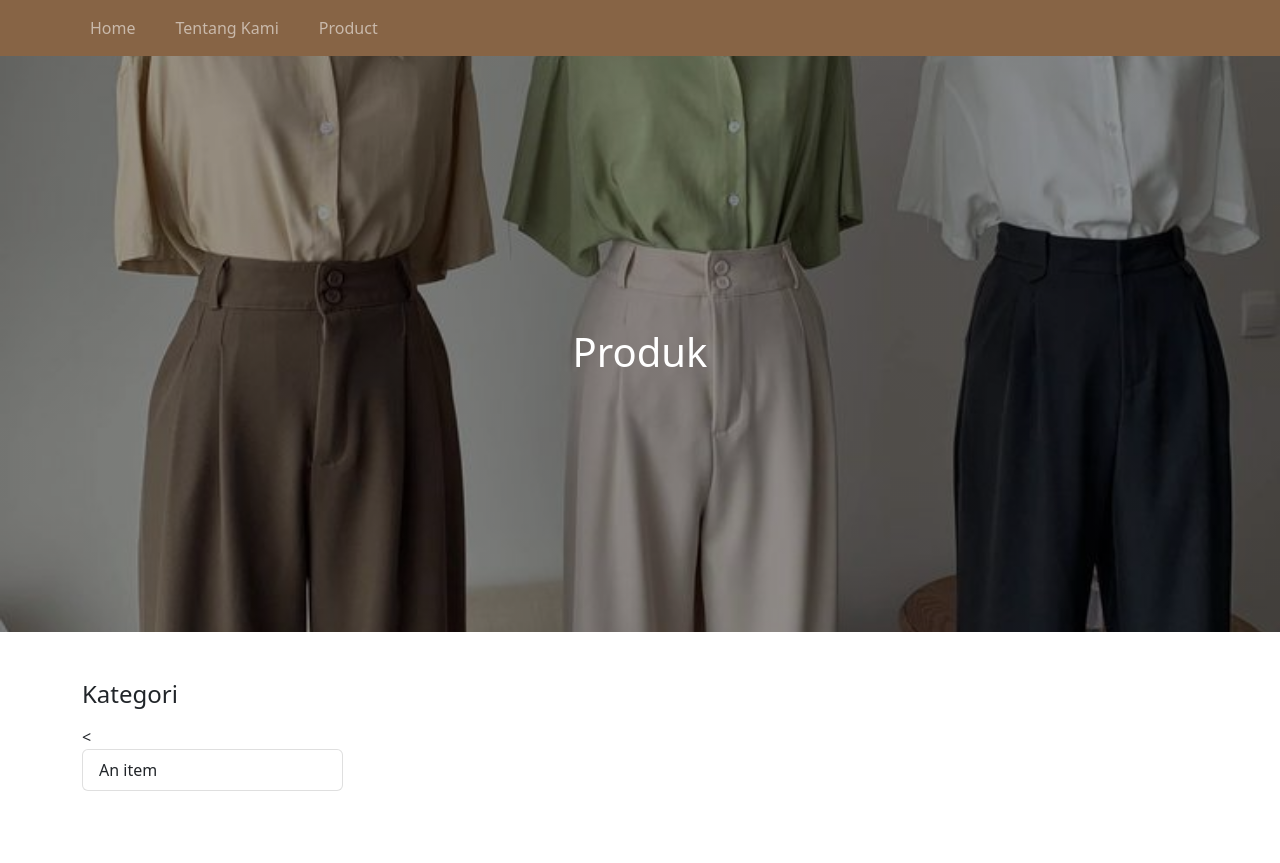
Repository: herman165/tugas_uas
Page: http://localhost/produk.php
The author's editor kept a copy of each file at every save. The page is drawn from the files as they stood at one save, then again after the next save.
The browser window is 1280 px wide. The pictures show the whole page.
The page is run by PHP 8.4 with error messages shown; the project is at /var/www/html/. Queries for data that is not in the repository find no rows.

Above is the page before, as saved 2024-12-11 03:24:41.

### produk.php
<?php
    require "koneksi.php";

    $queryKategori = mysqli_query($con, "SELECT * FROM kategori");
?>


<!DOCTYPE html>
<html lang="en">
<head>
    <meta charset="UTF-8">
    <meta name="viewport" content="width=device-width, initial-scale=1.0">
    <title>Produk-Page</title>
    <link rel="stylesheet" href="bootstrap/css/bootstrap.min.css">
    <link rel="stylesheet" href="fontawesome/css/all.min.css">
    <link rel="stylesheet" href="css/style.css">
</head>
<body>
    <!-- navbar -->
    <?php require "navbar.php" ?>

    <!-- benner -->
     <div class="container-fluid banner d-flex align-items-center">
        <div class="container">
            <h1 class="mt-4 text-white text-center">Produk</h1>
        </div>
     </div>

    <!-- layout produk -->
        <div class="container py-5">
            <div class="row">
                <div class="col-md-3 mb-4">
                    <h4 class="mb-3">Kategori</h4>
                    <ul class="list-group">
                        <
                        <li class="list-group-item">An item</li>
                    </ul>
                </div>
                <div class="col-md-6"></div>
            </div>
        </div>


    <script src="bootstrap/js/bootstrap.bundle.min.js"></script>
    <script src="fontawesome/js/all.min.js"></script>
</body>
</html>

### koneksi.php
<?php
// connect  to  database
$con = mysqli_connect("localhost", "root", "", "toko_online");

// Cek connect
if (mysqli_connect_errno()) {
    echo "Failed to connect to MySQL: " . mysqli_connect_error();
    exit();
}
?>

### navbar.php
<!DOCTYPE html>
<html lang="en">
<head>
    <meta charset="UTF-8">
    <meta name="viewport" content="width=device-width, initial-scale=1.0">
    <title>Responsive Navbar</title>
     <link rel="stylesheet" href="bootstrap/css/bootstrap.min.css">

<style>

        /* Khusus tampilan HP */
        @media (max-width: 480px) {
            .navbar {
                background: linear-gradient(to right, #6a11cb, #2575fc); /* Gradient ungu ke biru */
                box-shadow: 0 4px 6px rgba(0, 0, 0, 0.3); /* Bayangan */
                border-radius: 5px; /* Membuat sudut melengkung */
            }

            .navbar-dark .nav-link {
                color: #ffffff;
                background-color: rgba(255, 255, 255, 0.2); /* Transparan putih */
                margin: 5px;
                padding: 10px;
                border-radius: 5px; /* Melengkung */
                text-align: center;
                transition: background-color 0.3s ease, color 0.3s ease;
            }

            .navbar-dark .nav-link:hover {
                background-color: rgba(255, 255, 255, 0.4); /* Lebih terang saat hover */
                color: #ffcc00; /* Warna kuning keemasan */
            }

            /* Tombol toggler */
            .navbar-dark .navbar-toggler {
                border: none;
                background-color: #ffffff; /* Putih */
                padding: 5px;
                border-radius: 3px; /* Melengkung */
            }

            .navbar-dark .navbar-toggler-icon {
                background-color: #6a11cb; /* Ungu */
                border-radius: 2px;
                width: 25px;
                height: 3px;
            }
        }

</style>

</head>
<body>
    <nav class="navbar navbar-expand-lg navbar-dark warna1">
        <div class="container">
            <button class="navbar-toggler" type="button" data-bs-toggle="collapse" data-bs-target="#navbarSupportedContent" aria-controls="navbarSupportedContent" aria-expanded="false" aria-label="Toggle navigation">
                <span class="navbar-toggler-icon"></span>
            </button>
            <div class="collapse navbar-collapse" id="navbarSupportedContent">
                <ul class="navbar-nav me-auto mb-2 mb-lg-0">
                    <li class="nav-item me-4 ">
                        <a class="nav-link " href="index.php">Home</a>
                    </li>
                    <li class="nav-item me-4 ">
                        <a class="nav-link" href="tentang-kami.php">Tentang Kami</a>
                    </li>
                    <li class="nav-item me-4 ">
                        <a class="nav-link" href="produk.php">Product</a>
                    </li>
                </ul>
            </div>
        </div>
    </nav>

    <script src="bootstrap/js/bootstrap.bundle.min.js"></script>
</body>
</html>

### css/style.css
.warna1 {
    background-color: #876445;
}
.warna2 {
    background-color: #CA965C;
}
.warna3 {
    background-color: #EEC373;
}
.warna4 {
    background-color: #F4DFBA;
}
.banner {
    height: 80vh; /* Mengisi seluruh tinggi layar */
    background: linear-gradient(rgba(0, 0, 0, 0.4), rgba(0, 0, 0, 0.4)), url('../image/benner\ new.jpg');
    background-size: cover; /* Memastikan gambar menutupi seluruh elemen */
    background-position: center; /* Memusatkan gambar */
    background-repeat: no-repeat; /* Mencegah gambar diulang */
}



@media (max-width: 768px) {
    .banner {
        height: 30vh;
    }
}
.highlighted-kategori{
    height: 250px;

}
.no-decoration{
    text-decoration: none;
    color:white;
}
.no-decoration:hover {
    color: #EEC373;
}

.kategori-baju-pria {
  background: linear-gradient(rgba(0, 0, 0, 0.4), rgba(0, 0, 0, 0.4)), url('../image/baju\ pria.jpg');
  background-size: cover;
  background-position: center;
  background-repeat: no-repeat;
}
.kategori-baju-wanita {
  background: linear-gradient(rgba(0, 0, 0, 0.4), rgba(0, 0, 0, 0.4)), url('../image/baju\ wanita.jpg');
  background-size: cover;
  background-position: center;
  background-repeat: no-repeat;

}
.kategori-sepatu-pria {
  background: linear-gradient(rgba(0, 0, 0, 0.4), rgba(0, 0, 0, 0.4)), url('../image/Vans\ Old\ Skool\ Sneakers\ in\ Black_White\ _\ VN000D3HY28\ -\ Men\ 13_Wmn\ 14_5\ _\ Black.jpg');
  background-size: cover;
  background-position: center;
  background-repeat: no-repeat;
}
.kategori-jam-pria {
  background: linear-gradient(rgba(0, 0, 0, 0.4), rgba(0, 0, 0, 0.4)), url('../image/Kegllect\ Men\ Life\ Waterproof\ Quartz\ Watch\ Mens\ Large\ Dial\ Sport\ Wristwatch\ Jam\ Tangan\ Lelaki.jpg');
  background-size: cover;
  background-position: center;
  background-repeat: no-repeat;
}
.text-harga{
    font-size: 20px;
    color:#CA965C;
}
.image-box {
    height: 200px;
}
.image-box img{
    height: 100%;
    width: 100%;
    object-fit: cover;
    object-position: center;
}
.subscribe-content {
    background-color: rgba(0, 0, 0, 0.7);
}
.subscribe-content a {
    color: #fff
}
.bounce-icon {
    font-size: 50px;
    color: #fff;
    animation: wave 2s infinite;
}
@keyframes wave {
    0% {
        transform: translateX(0) translateY(0);
    }
    40% {
        transform: translateX(10px) translateY(-10px);
    }
    50% {
        transform: translateX(-10px) translateY(10px);
    }
    60% {
        transform: translateX(10px) translateY(10px);
    }
    80% {
        transform: translateX(-10px) translateY(-10px);
    }
    100% {
        transform: translateX(0) translateY(0);
    }
}

Loaded but not shown: bootstrap/css/bootstrap.min.css (library); fontawesome/css/all.min.css (library); bootstrap/js/bootstrap.bundle.min.js (library)

After the next save:
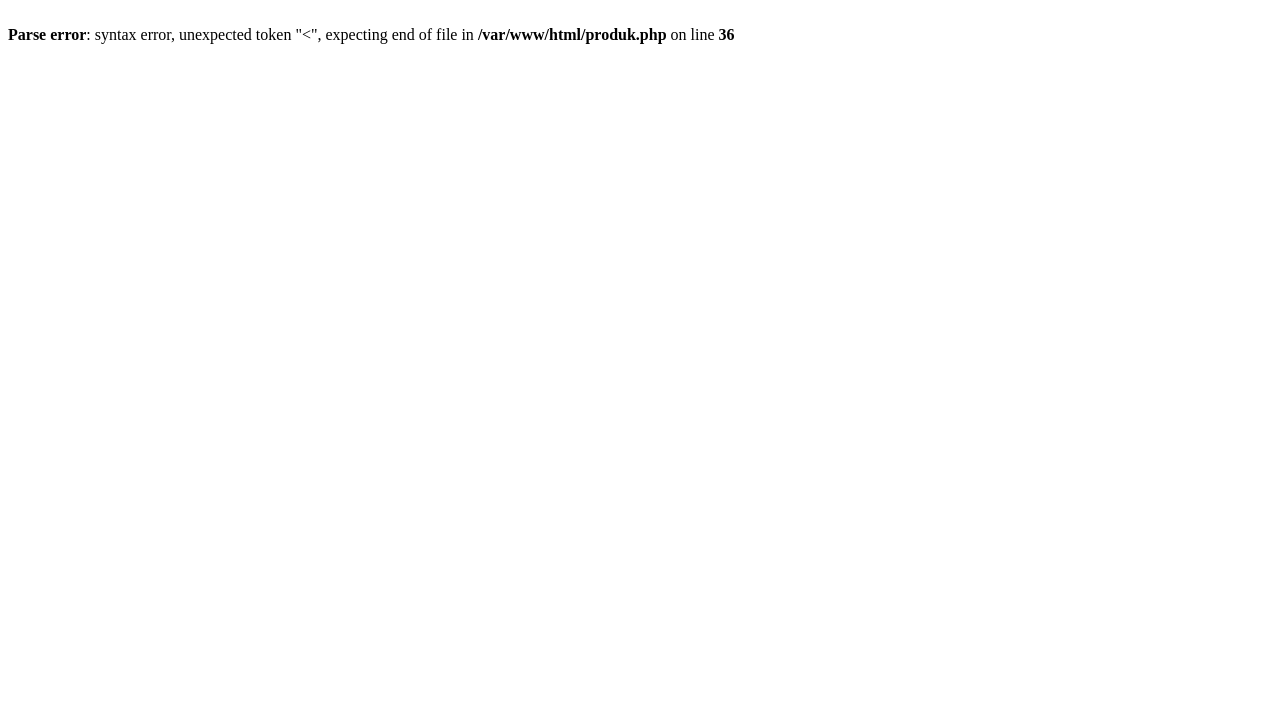
Saved 6 s later.
--- a/produk.php
+++ b/produk.php
@@ -32,7 +32,7 @@
                 <div class="col-md-3 mb-4">
                     <h4 class="mb-3">Kategori</h4>
                     <ul class="list-group">
-                        <
+                        <?php
                         <li class="list-group-item">An item</li>
                     </ul>
                 </div>

After the save that followed:
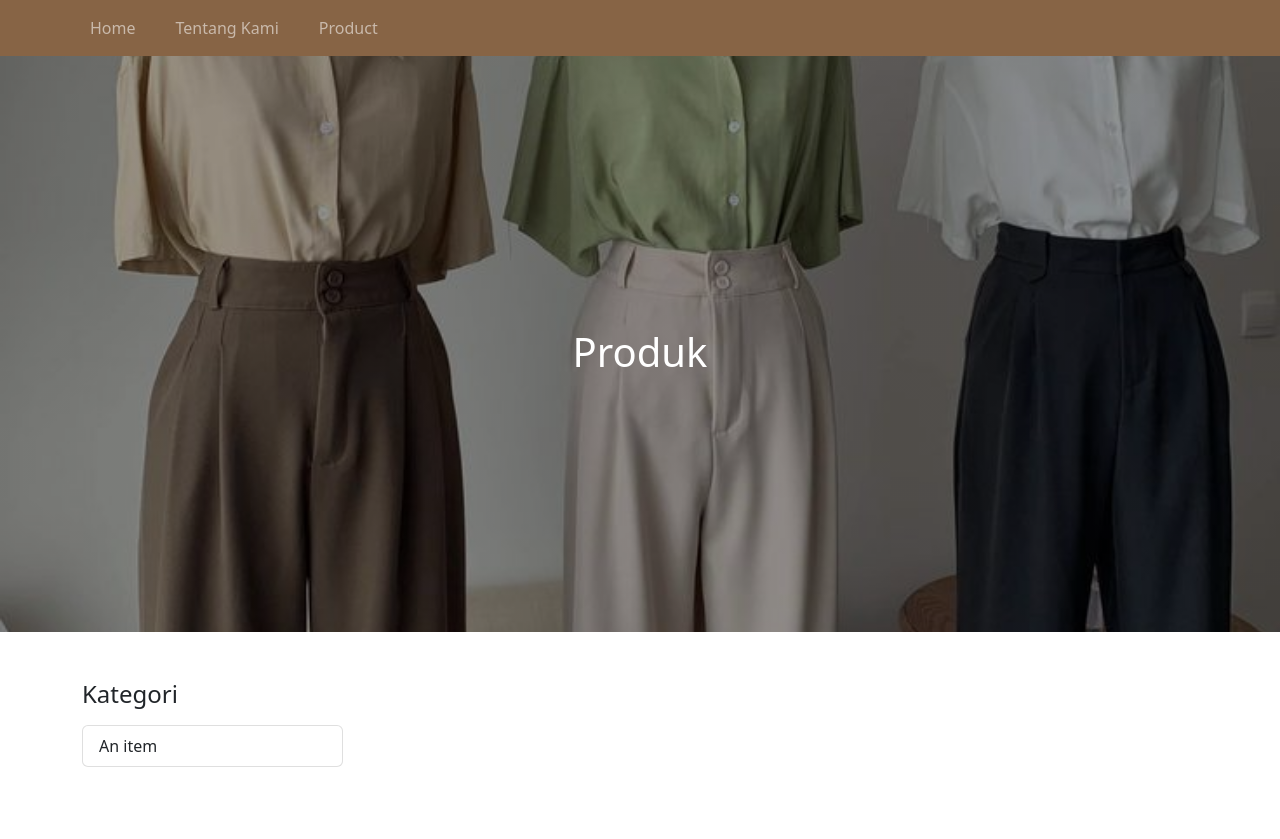
Saved 5 s later.
--- a/produk.php
+++ b/produk.php
@@ -32,7 +32,7 @@
                 <div class="col-md-3 mb-4">
                     <h4 class="mb-3">Kategori</h4>
                     <ul class="list-group">
-                        <?php
+                        <?php ?>
                         <li class="list-group-item">An item</li>
                     </ul>
                 </div>
